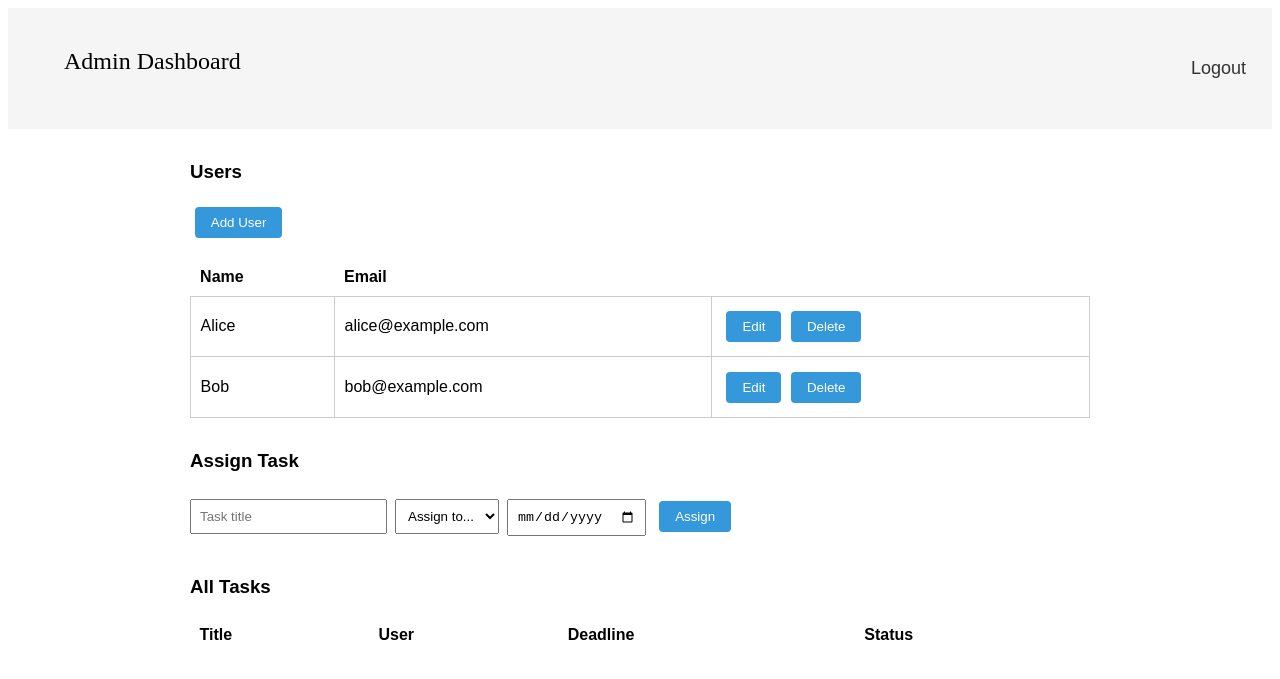
Repository: Edmund-Kiama/todoPHP
Page: /admin (app in task-manager-frontend/)
These files come from the project's save history. The page is drawn as it stood at one moment and after a run of saves; the edit follows.
The browser window is 1280 px wide. The pictures show the whole page.
The project was rebuilt for these pictures with package versions that can differ from the ones it lists, and the page was loaded fresh each time. Also part of the build but not shown: task-manager-frontend/vite.config.js, task-manager-frontend/src/components/Login/login.css, task-manager-frontend/src/components/Login/Login.vue, task-manager-frontend/src/components/User/UserDashboard.vue.

Above is the page before, as saved 2025-07-12 21:17:23.

After the next 2 saves:
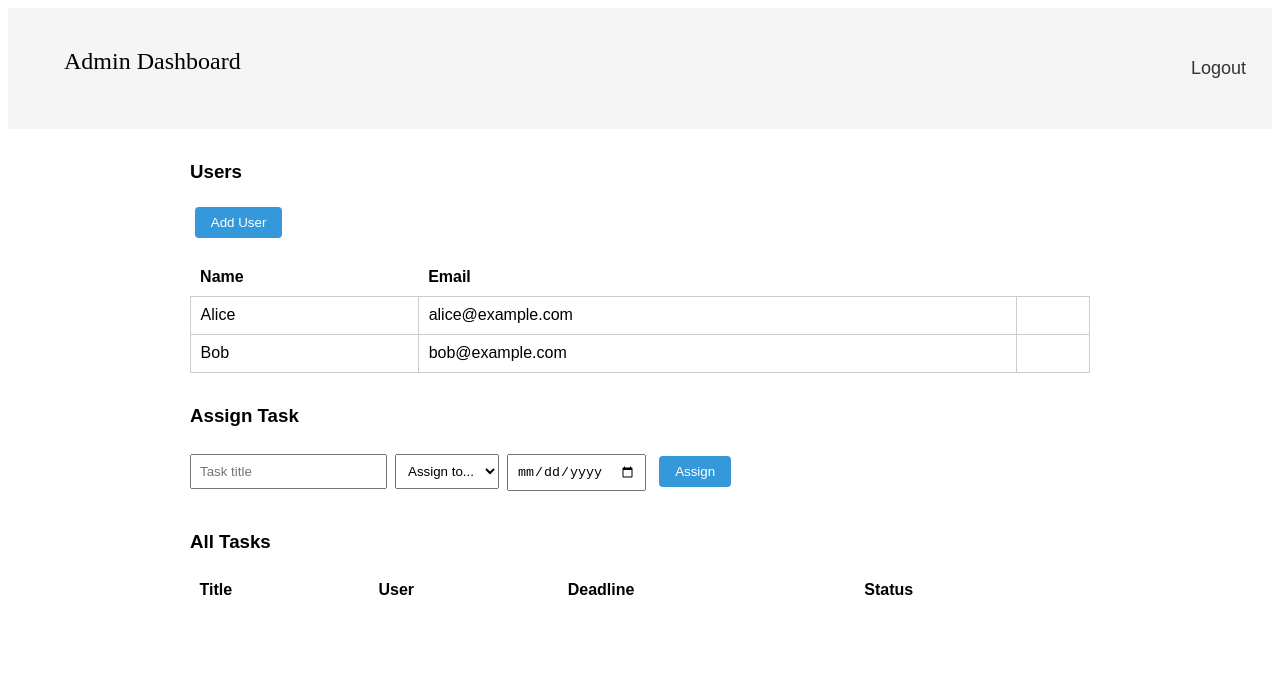
The 2 saves are shown as one change because they came seconds apart.
The last was saved 102 s later.
--- a/task-manager-frontend/src/components/Admin/admin.css
+++ b/task-manager-frontend/src/components/Admin/admin.css
@@ -7,7 +7,14 @@
 .admin-dashboard .section {
   margin-top: 2rem;
 }
+.admin-dashboard td button {
+  display: none;
+}
 
+tr:hover td button {
+  display: inline-block;
+  margin-right: 5px;
+}
 .admin-dashboard button {
   margin: 0.3rem;
   padding: 0.5rem 1rem;

After the 2 saves that followed:
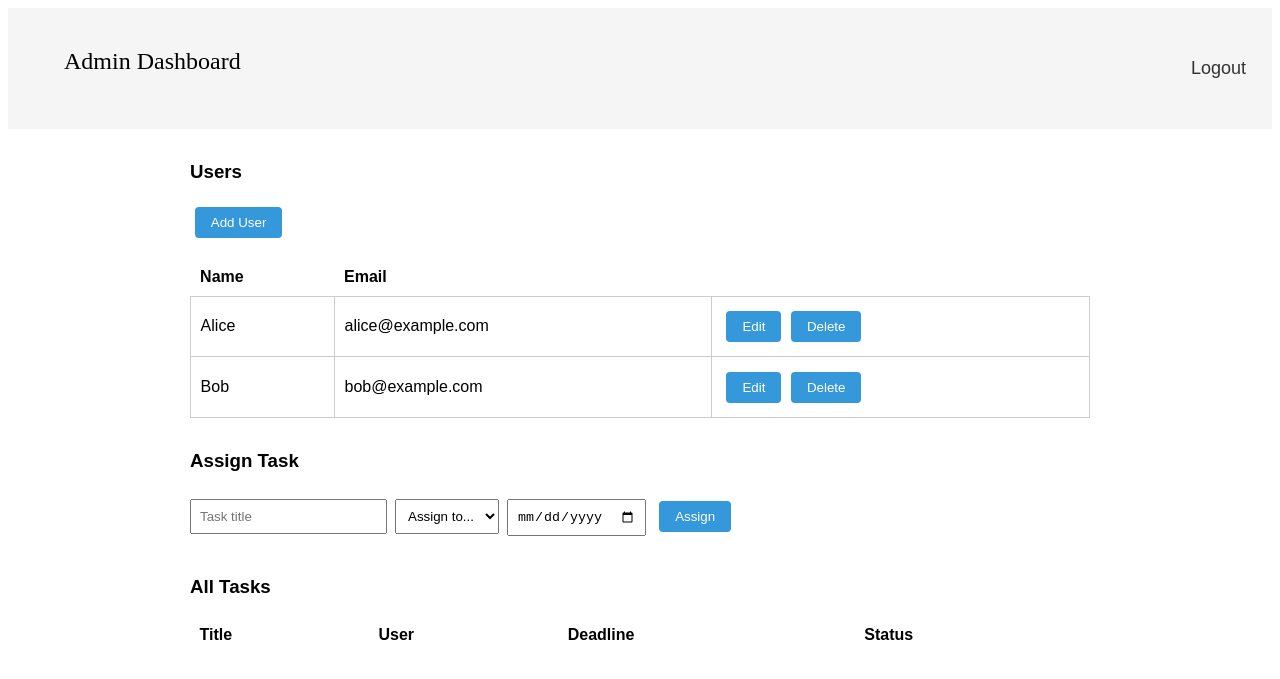
The 2 saves are shown as one change because 1 left the picture as it was.
The last was saved 16 s later.
--- a/task-manager-frontend/src/components/Admin/admin.css
+++ b/task-manager-frontend/src/components/Admin/admin.css
@@ -6,14 +6,6 @@
 
 .admin-dashboard .section {
   margin-top: 2rem;
-}
-.admin-dashboard td button {
-  display: none;
-}
-
-tr:hover td button {
-  display: inline-block;
-  margin-right: 5px;
 }
 .admin-dashboard button {
   margin: 0.3rem;
